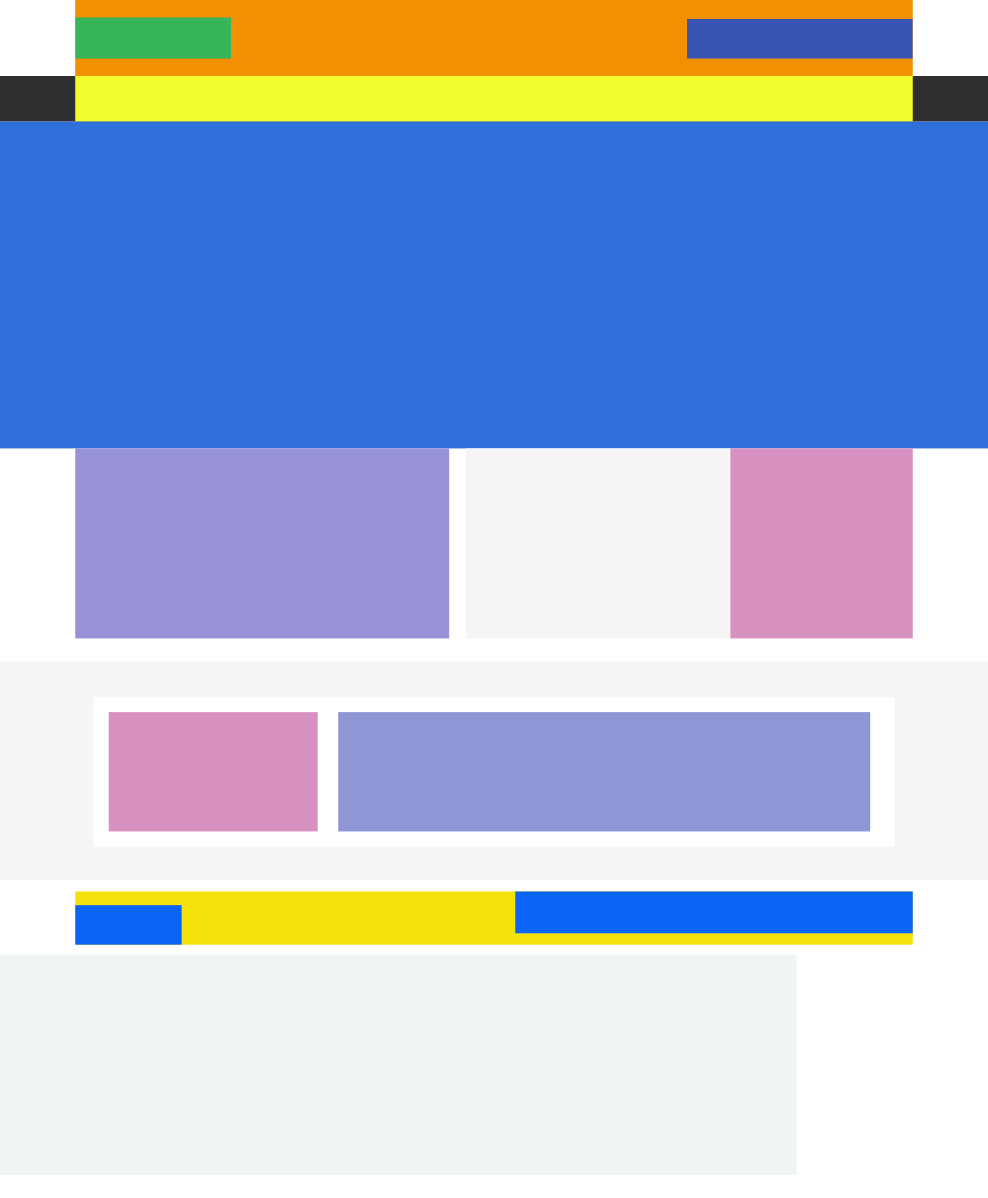
Repository: A1LExX/H5_study_set
Page: day04/扣丁.html
The author's editor kept a copy of each file at every save. The page is drawn from the files as they stood at one save, then again after the next save.
The browser window is 1280 px wide. The page is 1300 px wide, so the pictures cover 1300 px, including what lies to the right of the window. The pictures show the whole page, at 76% of full size.

Above is the page before, as saved 2021-06-24 22:30:25.

After the next save:
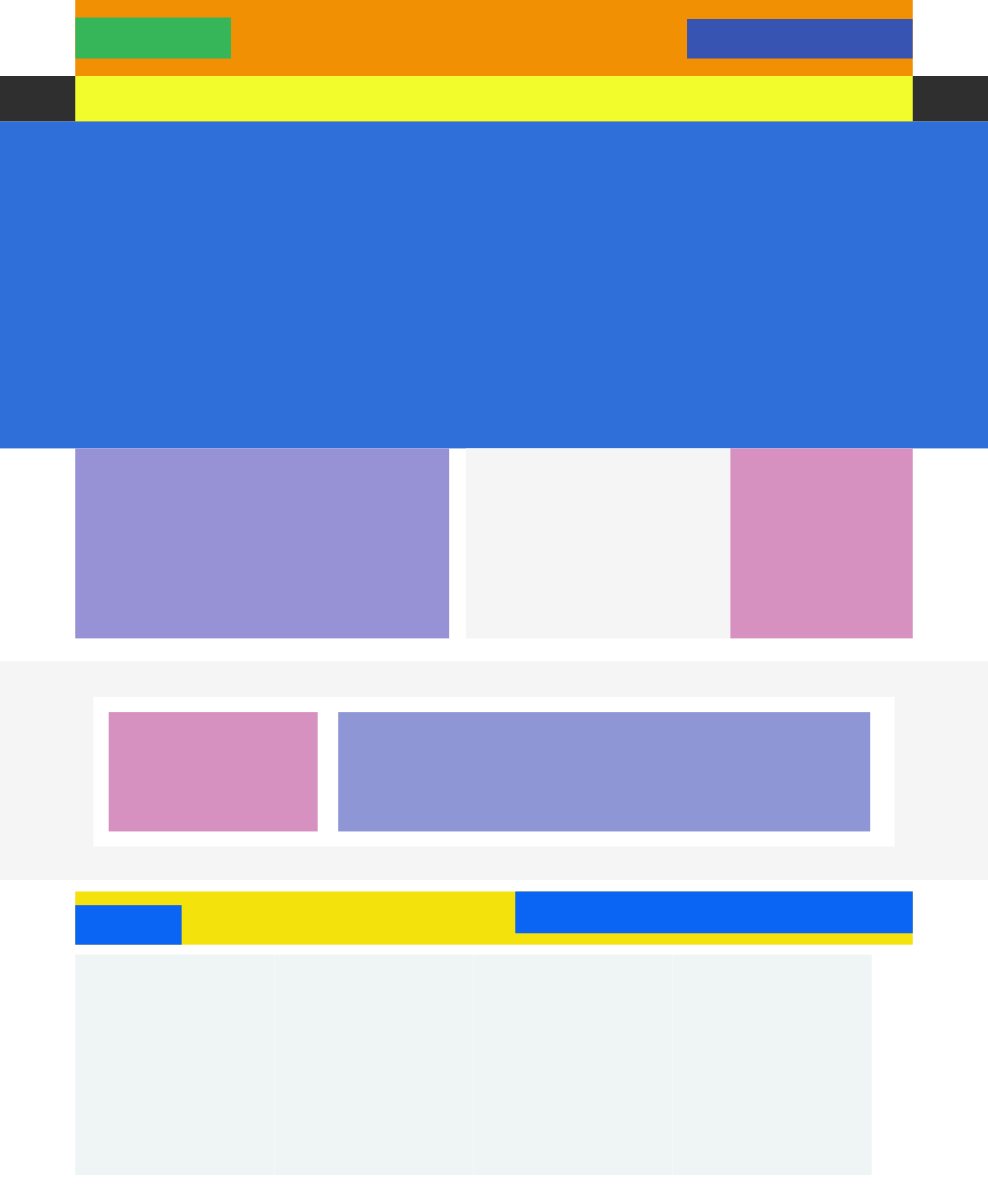
Saved 52 s later.
--- a/day04/css/codingke.css
+++ b/day04/css/codingke.css
@@ -2,7 +2,7 @@
  * @author [Alex Wei]
  * @email [w2262196@outlook.com]
  * @create date 2021-06-24 13:00:50
- * @modify date 2021-06-24 22:30:25
+ * @modify date 2021-06-24 22:31:17
  * @desc [description]
  */
 *{
@@ -132,6 +132,7 @@
 .out4_2{
     width: 1102px;
     height: 290px;
+    margin: 0 auto;
 }
 .out4_1Box1{
     width: 140px;
